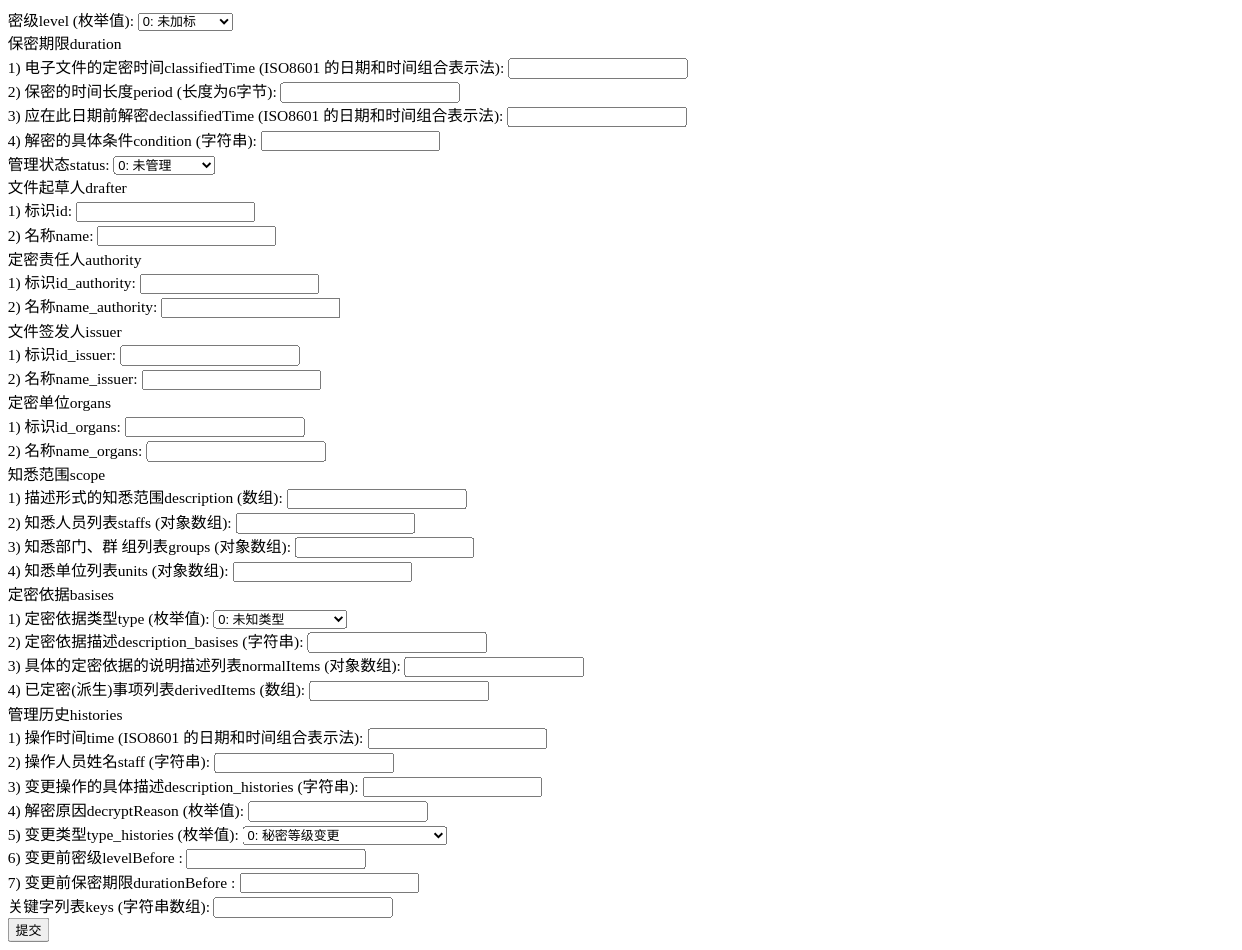
Repository: karlinglee93/eclipse-workspace
Page: jsp_test/WebContent/test.html
These files come from the project's save history. The page is drawn as it stood at one moment and after the next save; the edit follows.
The browser window is 1280 px wide. The pictures show the whole page, at 97% of full size.

Above is the page before, as saved 2018-07-04 09:13:49.

### jsp_test/WebContent/test.html
<!DOCTYPE html>
<html>
<head>
<meta charset="utf-8">
<title>Label</title>
</head>
<body>

<form action="main.jsp" method="GET">
密级level (枚举值):
<select name="level">
<option value="0">0: 未加标</option>
<option value="10">10: 国密公开</option>
<option value="11">11: 商密公开</option>
<option value="20">20: 国密内部</option>
<option value="21">21: 商密内部</option>
<option value="50">50: 普通商密</option>
<option value="80">80: 核心商密</option>
<option value="120">120: 秘密</option>
<option value="150">150: 机密</option>
<option value="180">180: 绝密</option>
</select>
<br />

保密期限duration
<!--不足之处：
	1）ISO8601 的日期和时间组合表示法必须人工手打；
	2）period 和declassifiedTime 之间应该存在一定的逻辑关系；
	3）condition 和其他关键字也应该存在逻辑关系。  -->
<br />
1) 电子文件的定密时间classifiedTime (ISO8601 的日期和时间组合表示法):
<input type="text" name="classifiedTime" />
<br />
2) 保密的时间长度period (长度为6字节):
<input type="text" name="period" />
<br />
3) 应在此日期前解密declassifiedTime (ISO8601 的日期和时间组合表示法):
<input type="text" name="declassifiedTime" />
<br />
4) 解密的具体条件condition (字符串):
<input type="text" name="condition" />
<br />

管理状态status:
<select name="status">
<option value="0">0: 未管理</option>
<option value="20">20: 忽略</option>
<option value="50">50: 预定密</option>
<option value="80">80: 正式定密</option>
<option value="110">110: 文件签发</option>
<option value="140">140: 密级变更</option>
<option value="170">170: 文件解密</option>
</select>
<br />

文件起草人drafter
<br />
1) 标识id:
<input type="text" name="id" />
<br />
2) 名称name:
<input type="text" name="name" />
<br />

定密责任人authority
<br />
1) 标识id_authority:
<input type="text" name="id_authority" />
<br />
2) 名称name_authority:
<input type="text" name="name_authority" />
<br />

文件签发人issuer
<br />
1) 标识id_issuer:
<input type="text" name="id_issuer" />
<br />
2) 名称name_issuer:
<input type="text" name="name_issuer" />
<br />

定密单位organs
<!-- 对象数组 -->
<br />
1) 标识id_organs:
<input type="text" name="id_organs" />
<br />
2) 名称name_organs:
<input type="text" name="name_organs" />
<br />

知悉范围scope
<!-- 不足之处：
	1）staffs/groups/units 为对象数组，其中都包含id & name。
 -->
<br />
1) 描述形式的知悉范围description (数组):
<input type="text" name="description" />
<br />
2) 知悉人员列表staffs (对象数组):
<input type="text" name="staffs" />
<br />
3) 知悉部门、群 组列表groups (对象数组):
<input type="text" name="groups" />
<br />
4) 知悉单位列表units (对象数组):
<input type="text" name="units" />
<br />

定密依据basises
<!-- 不足之处：
	1）normalItems 中包含id/name/level/duration/scope/keys。
 -->
<br />
1) 定密依据类型type (枚举值):
<select name="type">
<option value="0">0: 未知类型</option>
<option value="10">10: 确定性定密事项</option>
<option value="50">50: 不明确事项</option>
<option value="90">90: 无权定密事项</option>
<option value="130">130: 派生定密事项</option>
</select>
<br />
2) 定密依据描述description_basises (字符串):
<input type="text" name="description_basises" />
<br />
3) 具体的定密依据的说明描述列表normalItems (对象数组):
<input type="text" name="normalItems" />
<br />
4) 已定密(派生)事项列表derivedItems (数组):
<input type="text" name="derivedItems" />
<br />

管理历史histories
<!-- 不足之处：
	1）levelBefore/durationBefore 与先前的取值完全相同，
		是否可用同一个关键字替代。
 -->
<br />
1) 操作时间time (ISO8601 的日期和时间组合表示法):
<input type="text" name="time" />
<br />
2) 操作人员姓名staff (字符串):
<input type="text" name="staff" />
<br />
3) 变更操作的具体描述description_histories (字符串):
<input type="text" name="description_histories" />
<br />
4) 解密原因decryptReason (枚举值):
<input type="text" name="decryptReason" />
<br />
5) 变更类型type_histories (枚举值):
<select name="type_histories">
<option value="0">0: 秘密等级变更</option>
<option value="1">1: 保密期限变更</option>
<option value="3">3: 秘密等级变更及保密期限变更</option>
</select>
<br />
6) 变更前密级levelBefore :
<input type="text" name="levelBefore" />
<br />
7) 变更前保密期限durationBefore :
<input type="text" name="durationBefore" />
<br />

关键字列表keys (字符串数组):
<input type="text" name="keys">
<br />

<input type="submit" value="提交" />
</form>
</body>
</html>

After the next save:
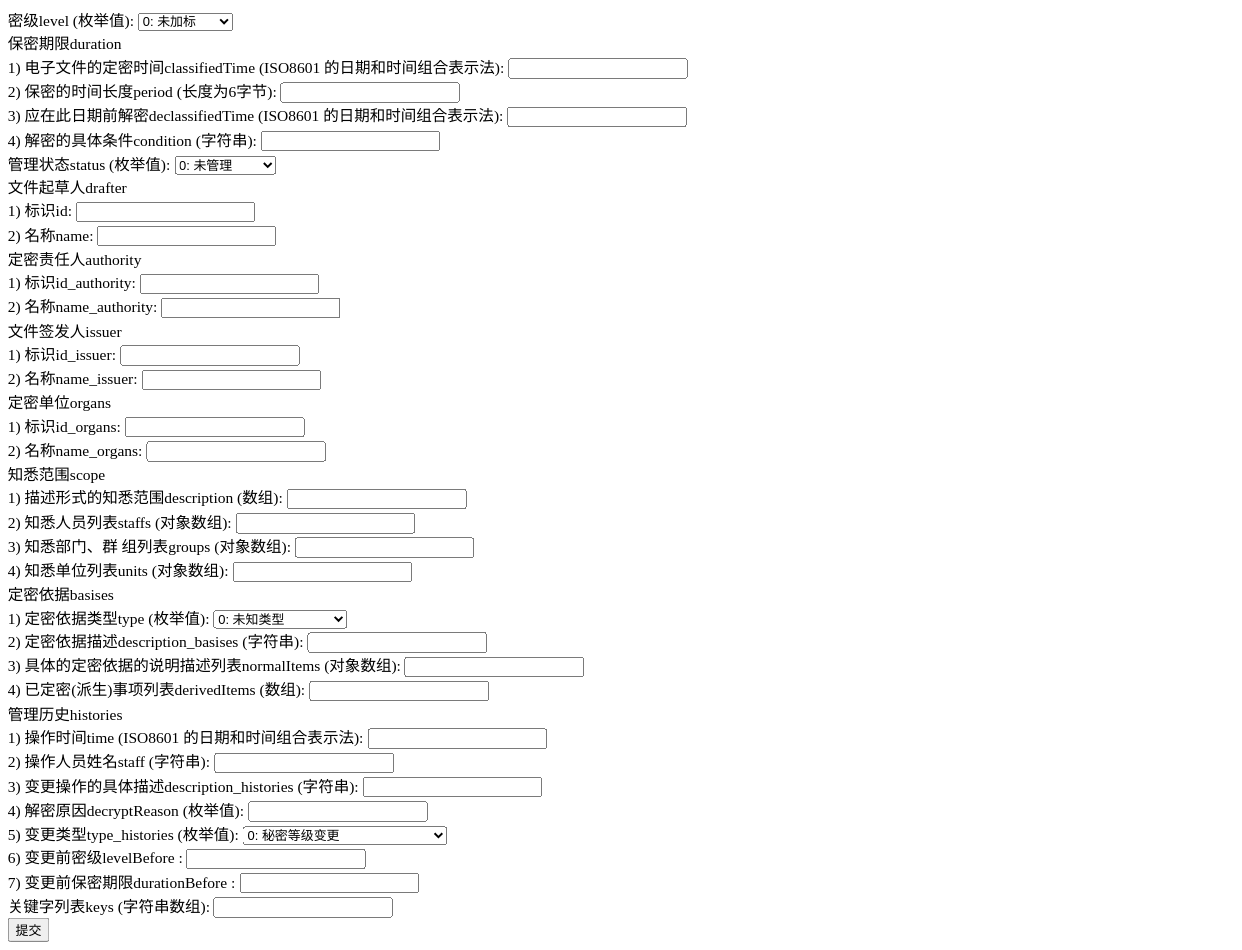
Saved 19 s later.
--- a/jsp_test/WebContent/test.html
+++ b/jsp_test/WebContent/test.html
@@ -41,7 +41,7 @@
 <input type="text" name="condition" />
 <br />
 
-管理状态status:
+管理状态status (枚举值):
 <select name="status">
 <option value="0">0: 未管理</option>
 <option value="20">20: 忽略</option>
